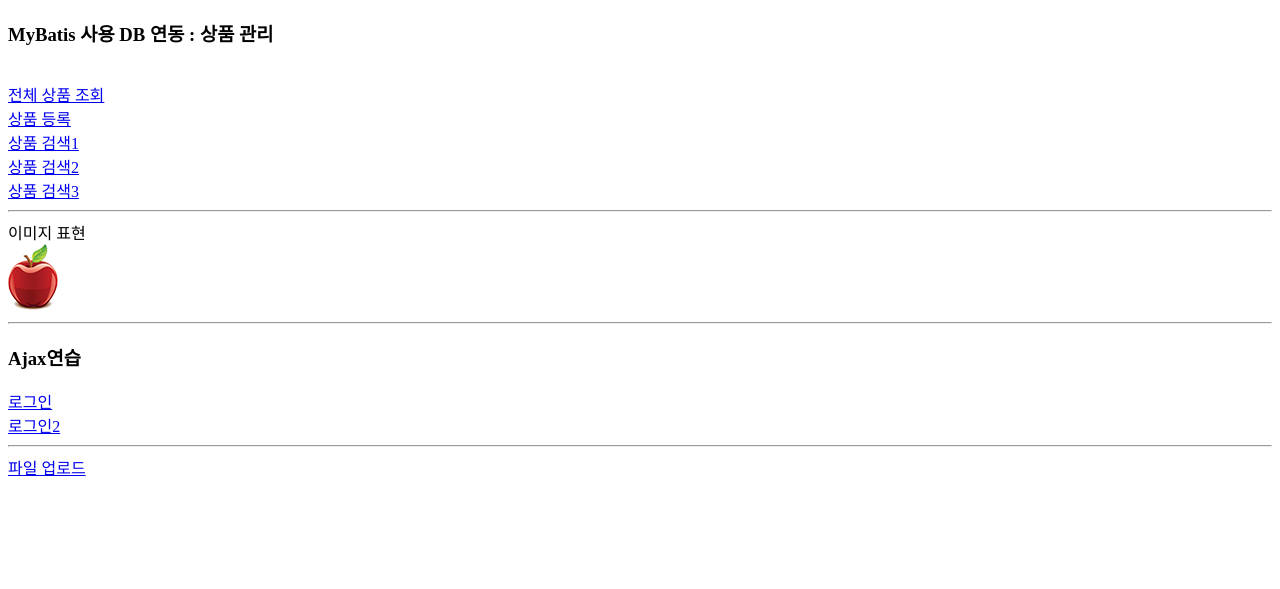
Repository: dddo3421/springBoot
Page: http://localhost/spring_boot_mybatis/WEB-INF/views/index.jsp
These files come from the project's save history. The page is drawn as it stood at one moment and after the next save; the edit follows.
The browser window is 1280 px wide. The pictures show the whole page.
The page is served by Tomcat 10. Nobody is signed in. Other server files are loaded and not shown. The template is opened directly, without the code that normally fills it, so the values that code supplies are empty.

Above is the page before, as saved 2025-09-30 01:46:30.

### spring_boot_mybatis/src/main/webapp/WEB-INF/views/index.jsp
<%@ page language="java" contentType="text/html; charset=UTF-8"
    pageEncoding="UTF-8"%>
<%@ taglib uri="http://java.sun.com/jsp/jstl/core" prefix="c" %>
<!DOCTYPE html>
<html>
	<head>
		<meta charset="UTF-8">
		<title>index 페이지</title>
	</head>
	<body>
		<h3>MyBatis 사용 DB 연동 : 상품 관리</h3><br>

		<a href="<c:url value='/product/listAllProduct'/>">전체 상품 조회</a><br>
		<a href="<c:url value='/product/newProductForm'/>">상품 등록</a><br>
		<a href="<c:url value='/product/productSearchForm1'/>">상품 검색1</a><br>
		<a href="<c:url value='/product/productSearchForm2'/>">상품 검색2</a><br>
		<a href="<c:url value='/product/productSearchForm3'/>">상품 검색3</a><br>
		<hr>
		이미지 표현<br>
		<img src="<c:url value='/image/apple.png'/>" /><br>
		<hr>
		<h3>Ajax연습</h3>
		<a href="<c:url value='/loginForm'/>">로그인</a><br>
		<a href="<c:url value='/loginForm2'/>">로그인2</a><br>

		<hr>
		<a href="<c:url value='/loginForm'/>">파일 업로드</a><br>



</body>
</html>

After the next save:
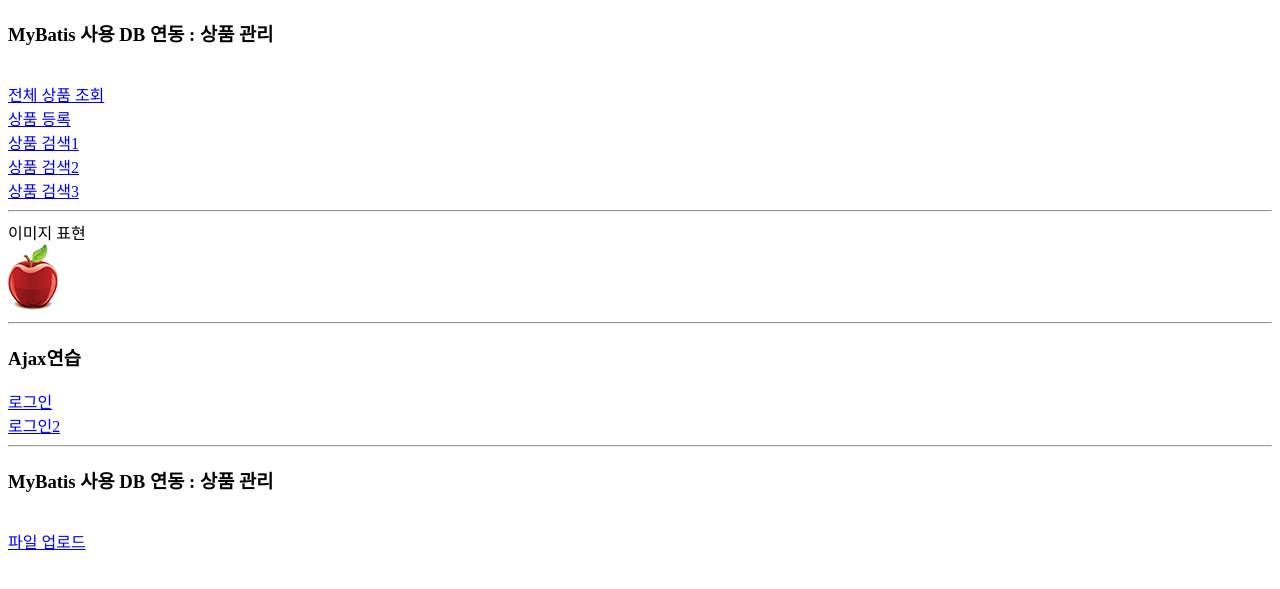
Saved 6 s later.
--- a/spring_boot_mybatis/src/main/webapp/WEB-INF/views/index.jsp
+++ b/spring_boot_mybatis/src/main/webapp/WEB-INF/views/index.jsp
@@ -24,6 +24,7 @@
 		<a href="<c:url value='/loginForm2'/>">로그인2</a><br>
 
 		<hr>
+		<h3>MyBatis 사용 DB 연동 : 상품 관리</h3><br>
 		<a href="<c:url value='/loginForm'/>">파일 업로드</a><br>
 
 
